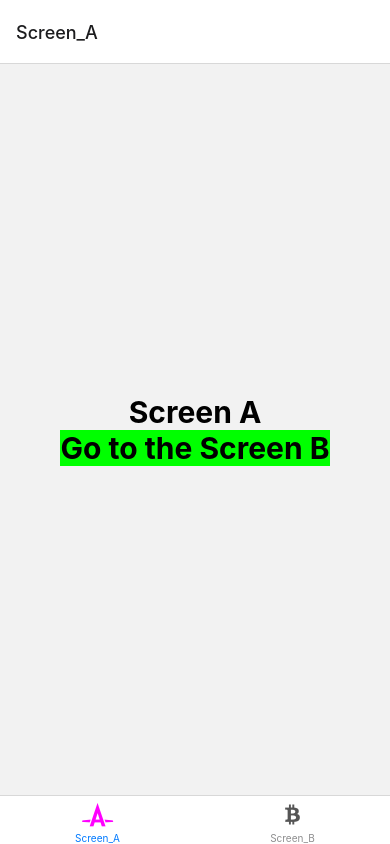
Repository: ntu34543/Navigation
Screen: /
These files come from the project's save history. The screen is drawn as it stood at one moment and after a run of saves; the edit follows.
The app was drawn by React Native's web renderer in a window 390 px wide. The project was rebuilt for these pictures with package versions that can differ from the ones it lists, and the page was loaded fresh each time. Also part of the build but not shown: component/ScreenB.js.

Above is the screen before, as saved 2022-09-19 22:55:14.

### App.js
import { StatusBar } from "expo-status-bar";
import { StyleSheet, Text, View, Pressable, TabBarIOSItem } from "react-native";
import { NavigationContainer } from "@react-navigation/native";
import { createStackNavigator } from "@react-navigation/stack";
import { createBottomTabNavigator } from "@react-navigation/bottom-tabs";
import ScreenA from "./component/ScreenA";
import ScreenB from "./component/ScreenB";
import FontAwesome5 from "react-native-vector-icons/FontAwesome5";

const Stack = createStackNavigator();
const Tab = createBottomTabNavigator();

export default function App() {
  return (
    <NavigationContainer>
      <Tab.Navigator
        // screenOptions={{ header: () => null }}
        screenOptions={({ route }) => ({
          tabBarIcon: ({ focused, size, color }) => {
            let iconName;
            if (route.name === "Screen_A") {
              iconName = "autoprefixer";
              size = focused ? 25 : 20;
              color = focused ? "#f0f" : "#555";
            } else if (route.name === "Screen_B") {
              iconName = "btc";
              size = focused ? 25 : 20;
              color = focused ? "#f0f" : "#555";
            }
            return <FontAwesome5 name={iconName} size={size} color={color} />;
          },
        })}
      >
        <Tab.Screen name="Screen_A" component={ScreenA} />
        {/* options={{header: () => null}} */}
        <Tab.Screen name="Screen_B" component={ScreenB} />
      </Tab.Navigator>
    </NavigationContainer>
  );
}

### component/ScreenA.js
import { StatusBar } from "expo-status-bar";
import { StyleSheet, Text, View, Pressable } from "react-native";

export default function ScreenA({ navigation }) {
  const onPressHandler = () => {
    navigation.navigate("Screen_B");
    // navigation.replace("Screen_B");
  };
  return (
    <View style={styles.body}>
      <Text style={styles.text}>Screen A</Text>
      <Pressable
        onPress={onPressHandler}
        style={({ pressed }) => ({
          backgroundColor: pressed ? "#ddd" : "#0f0",
        })}
      >
        <Text style={styles.text}>Go to the Screen B</Text>
      </Pressable>
    </View>
  );
}

const styles = StyleSheet.create({
  body: {
    flex: 1,
    justifyContent: "center",
    alignItems: "center",
  },
  text: {
    fontSize: 30,
    fontWeight: "bold",
  },
});

After the next 2 saves:
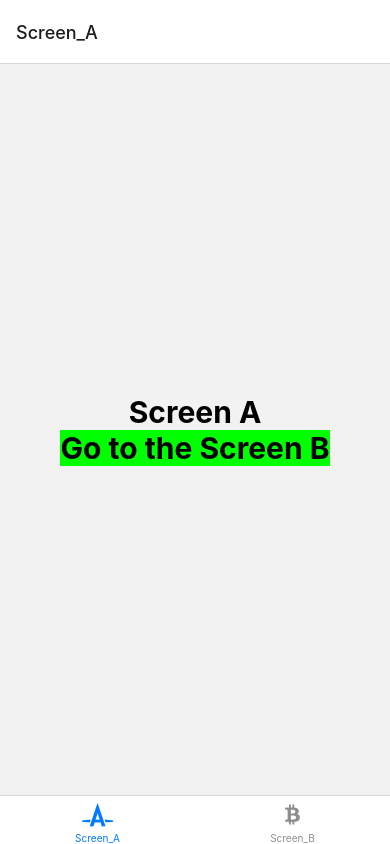
The 2 saves are shown as one change because they came seconds apart.
The last was saved 13 s later.
--- a/App.js
+++ b/App.js
@@ -21,11 +21,11 @@ export default function App() {
             if (route.name === "Screen_A") {
               iconName = "autoprefixer";
               size = focused ? 25 : 20;
-              color = focused ? "#f0f" : "#555";
+              // color = focused ? "#f0f" : "#555";
             } else if (route.name === "Screen_B") {
               iconName = "btc";
               size = focused ? 25 : 20;
-              color = focused ? "#f0f" : "#555";
+              // color = focused ? "#f0f" : "#555";
             }
             return <FontAwesome5 name={iconName} size={size} color={color} />;
           },
